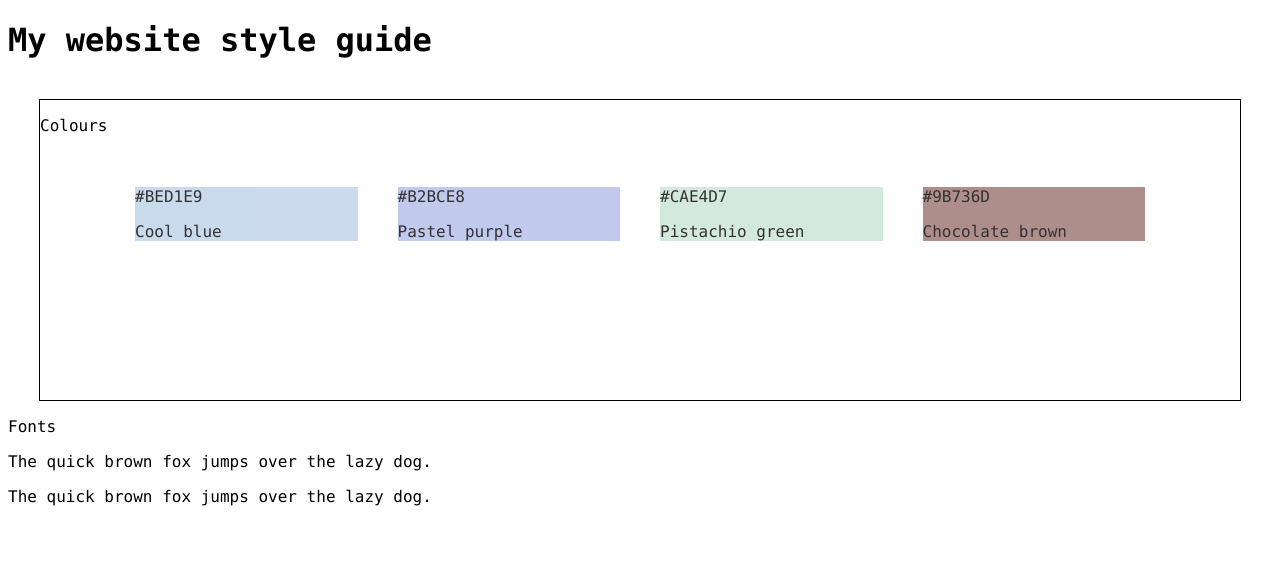
Repository: nazaninrizvi/codecademy
Page: Javascript/website-design-system/index.html
These files come from the project's save history. The page is drawn as it stood at one moment and after a run of saves; the edit follows.
The browser window is 1280 px wide. The pictures show the whole page.

Above is the page before, as saved 2021-11-26 14:29:04.

### Javascript/website-design-system/index.html
<!DOCTYPE html>
<html>
    <head>
        <title>My website style guide</title>
        <link rel="stylesheet" href="styles.css" type="text/css" />
    </head>
    <body>
        <h1>My website style guide</h1>
        <div id="colors">
            <div class="colors-container">
                <p>Colours</p>
                <div class="colcontainer">
                    <div class="cols"><div id="coolblue">
                        <p>#BED1E9</p>
                        <p>Cool blue</p>
                    </div></div>

                    <div class="cols"><div id="pastelPurple">
                        <p>#B2BCE8</p>
                        <p>Pastel purple</p>
                    </div></div>

                    <div class="cols"><div id="pistachio">
                        <p>#CAE4D7</p>
                        <p>Pistachio green</p>
                    </div></div>

                    <div class="cols"><div id="brown">
                        <p>#9B736D</p>
                        <p>Chocolate brown</p>
                    </div></div>
                </div>
            </div>
        </div>
        <div id="fonts">
           <p>Fonts</p>
           <div class="fontcontainer">
               <div class='font'>
                <p>The quick brown fox jumps over the lazy dog.

                </p>The quick brown fox jumps over the lazy dog.


               </div>
           </div>
        </div>
    </body>
</html>

### Javascript/website-design-system/styles.css
*{
    font-family: "Lucida Console", Courier, monospace;
}

.colors-container{
    height: 300px;
    max-width: 1200px;
    margin: 40px auto auto auto;
    border: 1px solid black;
  }

  .colcontainer{
    max-width: 1050px;
    margin: 15px auto auto auto;
    display: flex;
    justify-content: space-between;
  }

  .cols{
    height: 300px;
    padding: 20px;
    margin-bottom: auto;
    flex-basis: 30%;
    box-sizing: border-box;
    opacity: 0.8;
  }

#coolblue{
    background-color: #bed1e9;
  }

#pastelPurple{
    background-color: #B2BCE8;
}

#pistachio{
    background-color: #CAE4D7;
}

#brown{
    background-color: #9B736D;
}

After the next 4 saves:
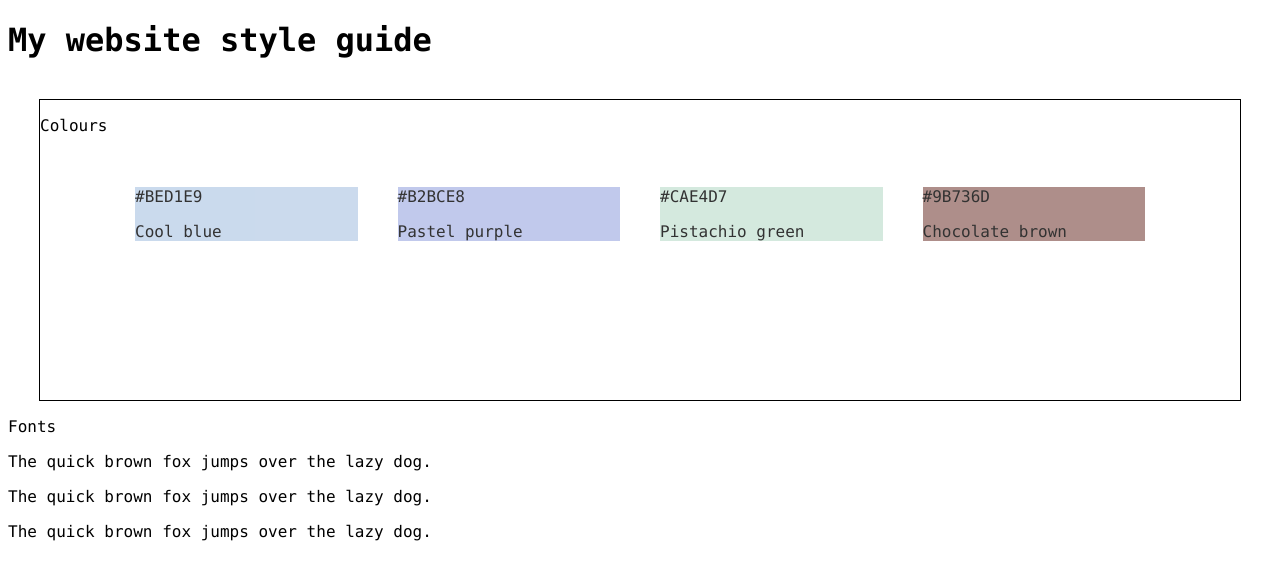
The 4 saves are shown as one change because they came seconds apart.
The last was saved 12 s later.
--- a/Javascript/website-design-system/index.html
+++ b/Javascript/website-design-system/index.html
@@ -36,6 +36,7 @@
            <p>Fonts</p>
            <div class="fontcontainer">
                <div class='font'>
+                <p>The quick brown fox jumps over the lazy dog.</p>
                 <p>The quick brown fox jumps over the lazy dog.
 
                 </p>The quick brown fox jumps over the lazy dog.
